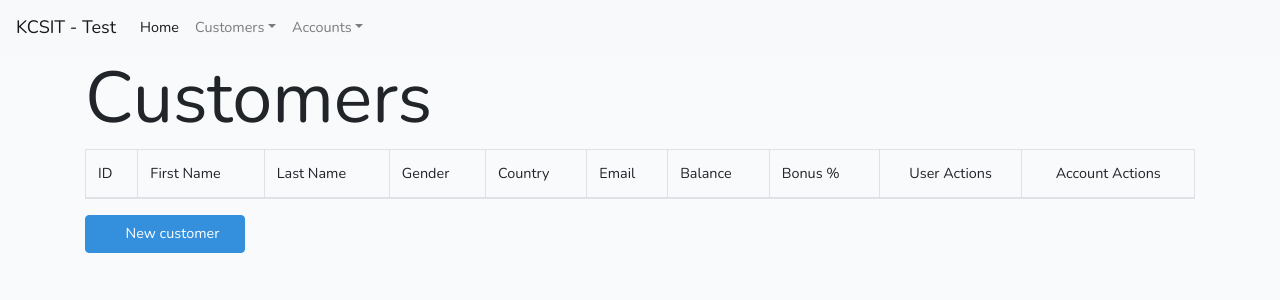
Repository: GilmarBrito/kcsit
Page: http://localhost/customers
The author's editor kept a copy of each file at every save. The page is drawn from the files as they stood at one save, then again after the next save.
The browser window is 1280 px wide. The pictures show the whole page.
The page is served by the project's Laravel application, run on PHP 8.4 with Laravel 8. Style sheets and scripts are compiled from the project's sources, by tool versions that may differ from the author's. Queries for data that is not in the repository find no rows.

Above is the page before, as saved 2020-03-09 09:30:10.
Console error: ReferenceError: $ is not defined

After the next save:
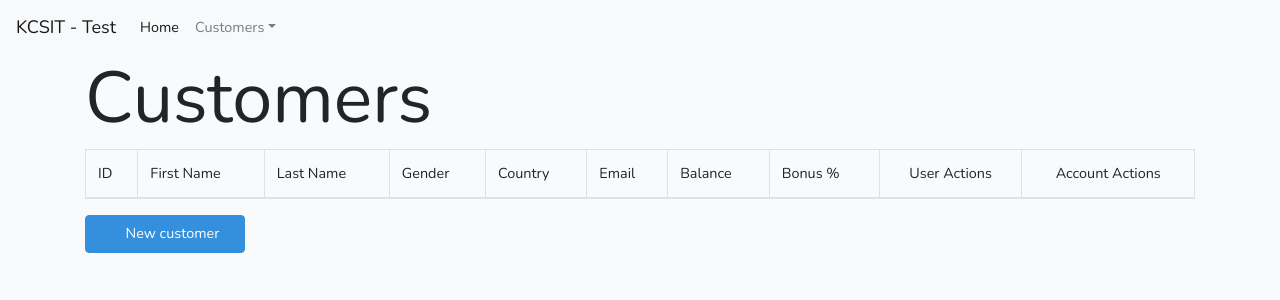
Saved 3 h 12 min later.
--- a/resources/views/base.blade.php
+++ b/resources/views/base.blade.php
@@ -25,14 +25,6 @@
                         <a class="dropdown-item" href="{{ route('customers.create')}}">New</a>
                     </div>
                 </li>
-                <li class="nav-item dropdown">
-                    <a class="nav-link dropdown-toggle" href="#" id="navbarDropdown" role="button" data-toggle="dropdown" aria-haspopup="true" aria-expanded="false">Accounts</a>
-                    <div class="dropdown-menu" aria-labelledby="navbarDropdown">
-                        <a class="dropdown-item" href="#">List</a>
-                        <a class="dropdown-item" href="#">Deposit</a>
-                        <a class="dropdown-item" href="#">Withdraw</a>
-                    </div>
-                </li>
             </ul>
         </div>
     </nav>
